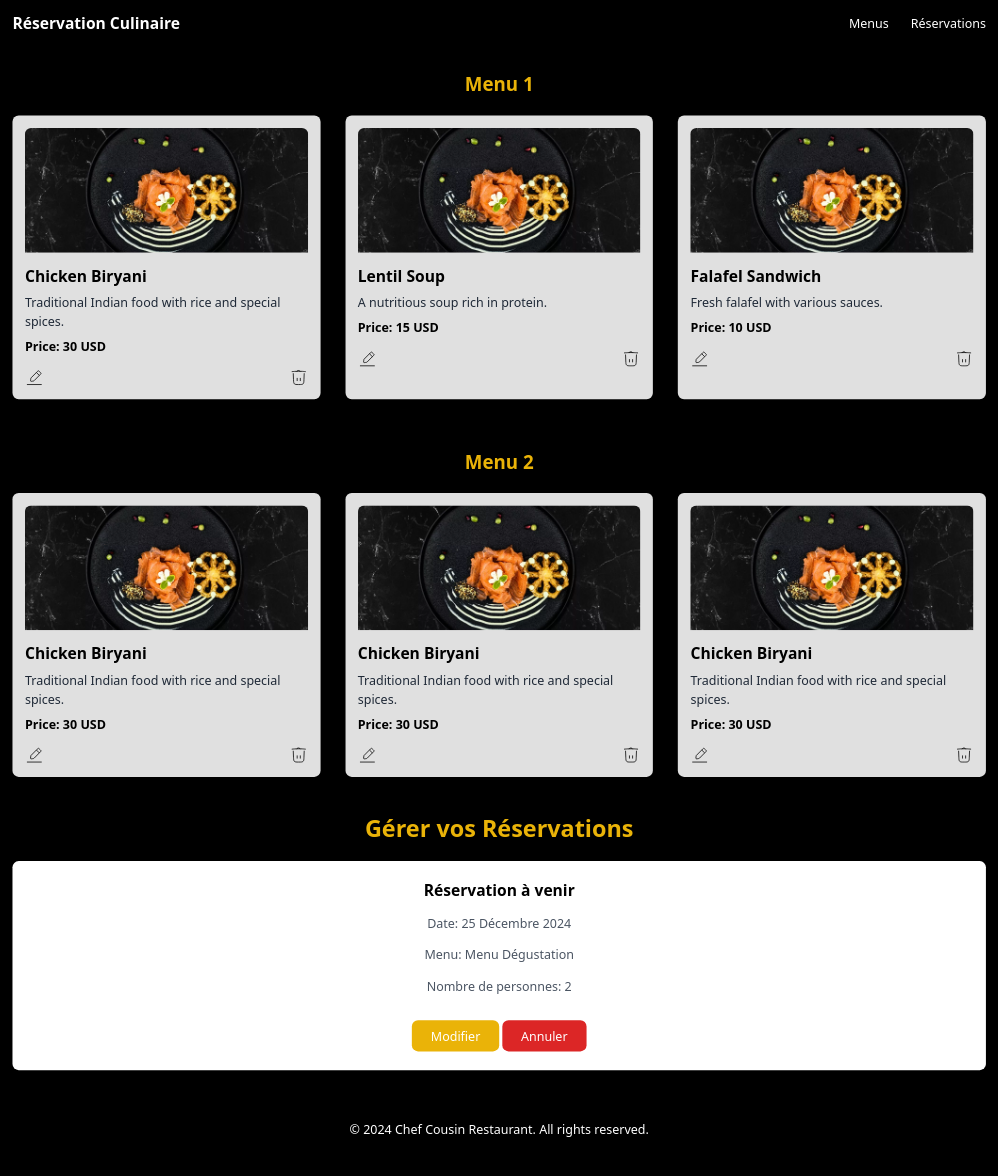
Repository: HamzaChehlaoui/Site-Web-pour-un-Chef-Cuisinier
Page: http://localhost/menuutil.php
An editor plug-in stored every save of this project. The page is shown before and after the next save, followed by the edit.
The browser window is 1280 px wide. The pictures show the whole page, at 78% of full size.
Some web libraries are served in a nearby version. The page is run by PHP 8.4 with error messages shown; the project is at /var/www/html/.

Above is the page before, as saved 2024-12-18 16:58:04.

After the next save:
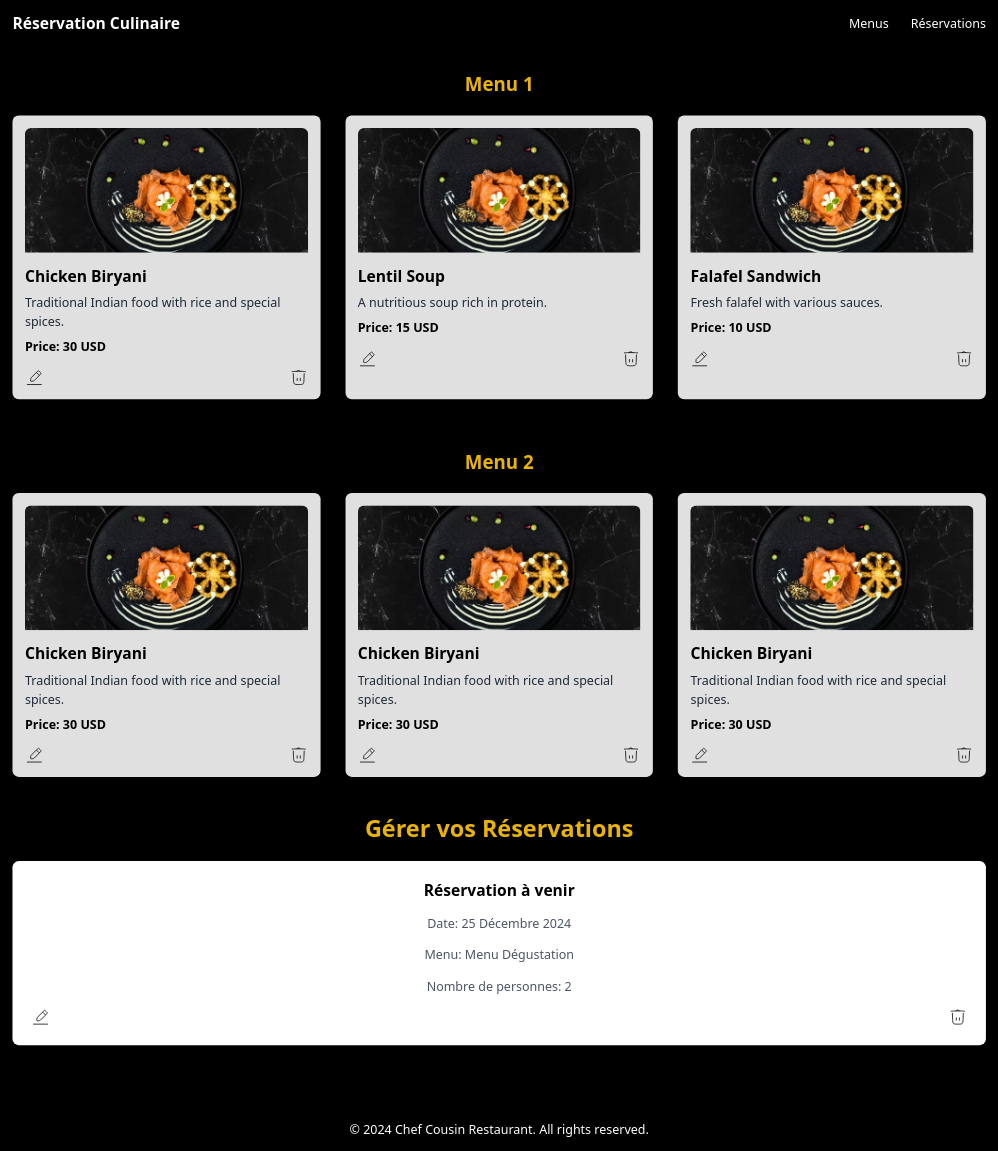
Saved 83 s later.
--- a/menuutil.php
+++ b/menuutil.php
@@ -182,9 +182,22 @@
                 <p class="text-gray-600 mb-4">Date: 25 Décembre 2024</p>
                 <p class="text-gray-600 mb-4">Menu: Menu Dégustation</p>
                 <p class="text-gray-600 mb-4">Nombre de personnes: 2</p>
-                <button class="mt-4 px-6 py-2 bg-yellow-500 text-white rounded-lg hover:bg-yellow-600">Modifier</button>
-                <button class="mt-4 px-6 py-2 bg-red-600 text-white rounded-lg hover:bg-red-700">Annuler</button>
-            </div>
+                 <!-- Edit and Delete buttons -->
+                 <div class="mt-4 flex justify-between">
+                    <svg width="24" height="24" viewBox="0 0 24 24" fill="none" xmlns="http://www.w3.org/2000/svg">
+                    <path d="M15.7734 4.42255L8.01924 12.2706C7.79291 12.4996 7.67974 12.6142 7.60917 12.7552C7.53859 12.8961 7.51521 13.0544 7.46845 13.3709L7.30803 14.4566C7.12534 15.693 7.034 16.3112 7.40145 16.6645C7.7689 17.0178 8.39306 16.9118 9.64137 16.6999L10.7375 16.5139C11.0571 16.4596 11.2168 16.4325 11.3579 16.3593C11.499 16.2861 11.6121 16.1715 11.8385 15.9425L19.5927 8.09446C20.2553 7.42379 20.5866 7.08846 20.5814 6.67712C20.5761 6.26578 20.2363 5.93906 19.5566 5.28563L18.6209 4.38599C17.9412 3.73256 17.6014 3.40584 17.1844 3.4112C16.7674 3.41655 16.4361 3.75188 15.7734 4.42255Z" stroke="black" stroke-width="null" class="my-path"></path>
+                    <path d="M18.3329 9.22206L14.7773 5.6665" stroke="black" stroke-width="null" class="my-path"></path>
+                    <path d="M21 21H3" stroke="black" stroke-width="null" stroke-linecap="round" class="my-path"></path>
+                    </svg>
+                    <!-- delete  -->
+                    <svg width="24" height="24" viewBox="0 0 24 24" fill="none" xmlns="http://www.w3.org/2000/svg">
+                    <path d="M5 7L5.29949 14.7868C5.41251 17.7252 5.46902 19.1944 6.40719 20.0972C7.34537 21 8.81543 21 11.7555 21H12.2433C15.1842 21 16.6547 21 17.5928 20.0972C18.531 19.1944 18.5875 17.7252 18.7006 14.7868L19 7" stroke="black" stroke-width="null" stroke-linecap="round" class="my-path"></path>
+                    <path d="M10 13V16" stroke="black" stroke-width="null" stroke-linecap="round" class="my-path"></path>
+                    <path d="M14 13V16" stroke="black" stroke-width="null" stroke-linecap="round" class="my-path"></path>
+                    <path d="M20.4706 4.43329C18.6468 4.27371 17.735 4.19392 16.8229 4.13611C13.6109 3.93249 10.3891 3.93249 7.17707 4.13611C6.26506 4.19392 5.35318 4.27371 3.52942 4.43329" stroke="black" stroke-width="null" stroke-linecap="round" class="my-path"></path>
+                    <path d="M13.7647 3.95212C13.7647 3.95212 13.3993 2.98339 11.6471 2.9834C9.8949 2.9834 9.52942 3.95211 9.52942 3.95211" stroke="black" stroke-width="null" stroke-linecap="round" class="my-path"></path>
+                    </svg>  </div>
+                </div> </div>
         </div>
     </section>
 
